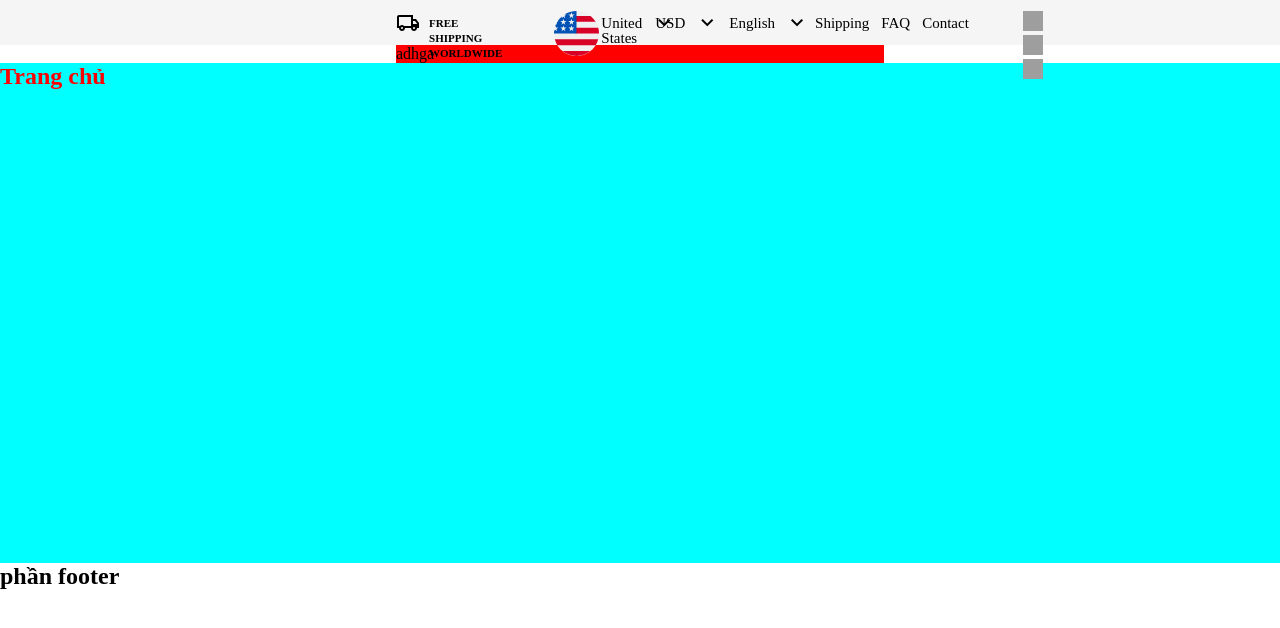
Repository: tatvanhco/shopper
Page: /
These files come from the project's save history. The page is drawn as it stood at one moment and after a run of saves; the edit follows.
The browser window is 1280 px wide. The pictures show the whole page.
Pictures or frames that could not be fetched are drawn as grey boxes. The project was rebuilt for these pictures with package versions that can differ from the ones it lists, and the page was loaded fresh each time.

Above is the page before, as saved 2022-09-24 13:44:38.

### src/index.tsx
import React from 'react';
import { createRoot } from 'react-dom/client';
import { Provider } from 'react-redux';
import { store } from './app/store';
import App from './App';
import reportWebVitals from './reportWebVitals';
import './index.scss';

const container = document.getElementById('root')!;
const root = createRoot(container);

root.render(
    <React.StrictMode>
        <Provider store={store}>
            <App />
        </Provider>
    </React.StrictMode>,
);

// If you want to start measuring performance in your app, pass a function
// to log results (for example: reportWebVitals(console.log))
// or send to an analytics endpoint. Learn more: https://bit.ly/CRA-vitals
reportWebVitals();

### src/app/store.ts
import { configureStore, ThunkAction, Action, getDefaultMiddleware } from '@reduxjs/toolkit';
import createSagaMiddleware from '@redux-saga/core';
import rootSaga from './rootSaga';

const sagaMiddleware = createSagaMiddleware();
export const store = configureStore({
    reducer: {

    },
    middleware: (getDefaultMiddleware) => {
        return getDefaultMiddleware().concat(sagaMiddleware);
    },
});

sagaMiddleware.run(rootSaga);

export type AppDispatch = typeof store.dispatch;
export type RootState = ReturnType<typeof store.getState>;
export type AppThunk<ReturnType = void> = ThunkAction<ReturnType, RootState, unknown, Action<string>>;

### src/App.tsx
import React from 'react';
import './App.scss';
import Header from 'components/header/header';
import Footer from 'components/footer/footer';
import Home from 'pages/home/home';

function App() {
    return (
        <div className="App">
            <Header />
            <Home />
            <Footer />
        </div>
    );
}

export default App;

### src/index.scss
/* @import 'normalize.css'; */
@import url('https://fonts.googleapis.com/css2?family=Roboto:wght@300;400;500;700&display=swap');
@import url('https://fonts.googleapis.com/css2?family=Material+Symbols+Outlined:opsz,wght,FILL,GRAD@20..48,100..700,0..1,-50..200');

body {
    margin: 0;
    padding: 0;
    /* font-family: -apple-system, BlinkMacSystemFont, 'Segoe UI', 'Roboto', 'Oxygen', 'Ubuntu', 'Cantarell', 'Fira Sans',
        'Droid Sans', 'Helvetica Neue', sans-serif; */
    -webkit-font-smoothing: antialiased;
    -moz-osx-font-smoothing: grayscale;
}

html {
    margin: 0;
    padding: 0;
}

code {
    font-family: source-code-pro, Menlo, Monaco, Consolas, 'Courier New', monospace;
}

p {
    margin: 0 !important;
    line-height: initial;
}

h1,
h2 {
    margin: 0;
}

### src/app/rootSaga.ts
function* rootSaga() {
    console.log('hahahha');
}

export default rootSaga;

### src/App.scss
.container {
    padding: 0px 16px;
    margin: 0 380px;
}

.d-flex {
    display: flex;
}

.ul {
    list-style: none;
    padding-left: 0;
}

.title {
    font-size: 15px;
    line-height: 15px;
    padding: 0 10px 0 2px;
}

.img-icon {
    width: 20px;
    height: 20px;
    color: #a6a6a6
}

.p-4p {
    padding: 0 4px;
}

### src/components/header/header.tsx
import clsx from 'clsx';
import { url } from 'inspector';
import { Fragment } from 'react';
import styles from './header.module.scss';

function header() {
    return (
        <Fragment>
            <div className="header">
                <div className={styles.headerTop}>
                    <div className="container">
                        <div className={clsx(styles.headerContact, 'd-flex')}>
                            <div className="headerContactRight">
                                <ul className={clsx('headerContactRightItems', 'ul', 'd-flex')}>
                                    <li className={clsx('headerContactRightItem', 'd-flex')}>
                                        <span className={clsx('material-symbols-outlined', styles.icon)}>
                                            local_shipping
                                        </span>
                                        <p className={clsx(styles.titleShip)}>FREE SHIPPING WORLDWIDE</p>
                                    </li>
                                    <li className={clsx('headerContactRightItem', 'd-flex', 'p-4p')}>
                                        <div className={clsx(styles.nation, 'd-flex')}>
                                            <img
                                                className={styles.icon}
                                                src="data:[embedded picture, 137 characters]
                                                        nLzIwMDAvc3ZnIj4KPHBhdGggZD0iTTcgMTRDMTAuODY2IDE0IDE0IDEwLjg2NiAxNCA3QzE0IDMuMTM0MDEgMTAuODY2IDAgNyAwQzMuMTM0MDEgMCAwIDMuMTM0MDEgMCA3QzAgMTAuO
                                                        DY2IDMuMTM0MDEgMTQgNyAxNFoiIGZpbGw9IiNGMEYwRjAiLz4KPHBhdGggZD0iTTYuNjk1OCA2Ljk5OTk4SDE0LjAwMDFDMTQuMDAwMSA2LjM2ODE4IDEzLjkxNTkgNS43NTYxMiAxMy4
                                                        3NTkgNS4xNzM4OUg2LjY5NThWNi45OTk5OFoiIGZpbGw9IiNEODAwMjciLz4KPHBhdGggZD0iTTYuNjk1OCAzLjM0NzgzSDEyLjk3MjdDMTIuNTQ0MiAyLjY0ODU5IDExLjk5NjMgMi4wM
                                                        zA1NCAxMS4zNTc1IDEuNTIxNzNINi42OTU4VjMuMzQ3ODNaIiBmaWxsPSIjRDgwMDI3Ii8+CjxwYXRoIGQ9Ik02Ljk5OTk3IDE0QzguNjQ3NCAxNCAxMC4xNjE2IDEzLjQzMDYgMTEuMzU
                                                        3NCAxMi40NzgzSDIuNjQyNThDMy44MzgzMiAxMy40MzA2IDUuMzUyNTMgMTQgNi45OTk5NyAxNFoiIGZpbGw9IiNEODAwMjciLz4KPHBhdGggZD0iTTEuMDI3NDggMTAuNjUyMkgxMi45N
                                                        zI3QzEzLjMxNjcgMTAuMDkwOCAxMy41ODM1IDkuNDc3MjMgMTMuNzU4OSA4LjgyNjA3SDAuMjQxMjExQzAuNDE2Njc2IDkuNDc3MjMgMC42ODM0NjkgMTAuMDkwOCAxLjAyNzQ4IDEwLjY
                                                        1MjJaIiBmaWxsPSIjRDgwMDI3Ii8+CjxwYXRoIGQ9Ik0zLjI0MjUzIDEuMDkzMTVIMy44ODA0M0wzLjI4NzA3IDEuNTI0MjJMMy41MTM3MyAyLjIyMTczTDIuOTIwMzkgMS43OTA2NkwyL
                                                        jMyNzA2IDIuMjIxNzNMMi41MjI4NCAxLjYxOTE2QzIuMDAwNDEgMi4wNTQzNCAxLjU0MjUyIDIuNTY0MTkgMS4xNjUxNyAzLjEzMjI4SDEuMzY5NTdMMC45OTE4NjcgMy40MDY2OEMwLjk
                                                        zMzAyMyAzLjUwNDg0IDAuODc2NTg2IDMuNjA0NTYgMC44MjI1IDMuNzA1NzZMMS4wMDI4NiA0LjI2MDg3TDAuNjY2MzY3IDQuMDE2MzlDMC41ODI3MjMgNC4xOTM2IDAuNTA2MjE1IDQuM
                                                        zc0ODEgMC40Mzc0NDUgNC41NTk3OUwwLjYzNjE1MiA1LjE3MTQxSDEuMzY5NTdMMC43NzYyMDcgNS42MDI0OUwxLjAwMjg2IDYuM0wwLjQwOTUyNyA1Ljg2ODkzTDAuMDU0MTEzMyA2LjE
                                                        yNzE2QzAuMDE4NTM5MSA2LjQxMzEyIDAgNi43MDQzOSAwIDdIN0M3IDMuMTM0MDMgNyAyLjY3ODI3IDcgMEM1LjYxNzE3IDAgNC4zMjgxMSAwLjQwMTEzMyAzLjI0MjUzIDEuMDkzMTVaT
                                                        TMuNTEzNzMgNi4zTDIuOTIwMzkgNS44Njg5M0wyLjMyNzA2IDYuM0wyLjU1MzcxIDUuNjAyNDlMMS45NjAzNiA1LjE3MTQxSDIuNjkzNzdMMi45MjAzOSA0LjQ3MzlMMy4xNDcwMiA1LjE
                                                        3MTQxSDMuODgwNDNMMy4yODcwNyA1LjYwMjQ5TDMuNTEzNzMgNi4zWk0zLjI4NzA3IDMuNTYzMzZMMy41MTM3MyA0LjI2MDg3TDIuOTIwMzkgMy44Mjk3OUwyLjMyNzA2IDQuMjYwODdMM
                                                        i41NTM3MSAzLjU2MzM2TDEuOTYwMzYgMy4xMzIyOEgyLjY5Mzc3TDIuOTIwMzkgMi40MzQ3N0wzLjE0NzAyIDMuMTMyMjhIMy44ODA0M0wzLjI4NzA3IDMuNTYzMzZaTTYuMDI0NTkgNi4
                                                        zTDUuNDMxMjYgNS44Njg5M0w0LjgzNzkzIDYuM0w1LjA2NDU4IDUuNjAyNDlMNC40NzEyMiA1LjE3MTQxSDUuMjA0NjRMNS40MzEyNiA0LjQ3MzlMNS42NTc4OSA1LjE3MTQxSDYuMzkxM
                                                        0w1Ljc5Nzk0IDUuNjAyNDlMNi4wMjQ1OSA2LjNaTTUuNzk3OTQgMy41NjMzNkw2LjAyNDU5IDQuMjYwODdMNS40MzEyNiAzLjgyOTc5TDQuODM3OTMgNC4yNjA4N0w1LjA2NDU4IDMuNTY
                                                        zMzZMNC40NzEyMiAzLjEzMjI4SDUuMjA0NjRMNS40MzEyNiAyLjQzNDc3TDUuNjU3ODkgMy4xMzIyOEg2LjM5MTNMNS43OTc5NCAzLjU2MzM2Wk01Ljc5Nzk0IDEuNTI0MjJMNi4wMjQ1O
                                                        SAyLjIyMTczTDUuNDMxMjYgMS43OTA2Nkw0LjgzNzkzIDIuMjIxNzNMNS4wNjQ1OCAxLjUyNDIyTDQuNDcxMjIgMS4wOTMxNUg1LjIwNDY0TDUuNDMxMjYgMC4zOTU2MzdMNS42NTc4OSA
                                                        xLjA5MzE1SDYuMzkxM0w1Ljc5Nzk0IDEuNTI0MjJaIiBmaWxsPSIjMDA1MkI0Ii8+Cjwvc3ZnPgo="
                                                alt=""
                                            />
                                            <p className={clsx('title')}>United States</p>
                                            <span className={clsx('material-symbols-outlined', styles.icon)}>
                                                expand_more
                                            </span>
                                        </div>
                                    </li>
                                    <li className={clsx('headerContactRightItem', 'd-flex', 'p-4p')}>
                                        <div className={clsx(styles.nation, 'd-flex')}>
                                            <p className={clsx('title')}>USD</p>
                                            <span className={clsx('material-symbols-outlined', styles.icon)}>
                                                expand_more
                                            </span>
                                        </div>
                                    </li>
                                    <li className={clsx('headerContactRightItem', 'd-flex', 'p-4p')}>
                                        <div className={clsx(styles.nation, 'd-flex')}>
                                            <p className={clsx('title')}>English</p>
                                            <span className={clsx('material-symbols-outlined', styles.icon)}>
                                                expand_more
                                            </span>
                                        </div>
                                    </li>
                                </ul>
                            </div>
                            <div className="headerContactLeft">
                                <ul className={clsx(styles.headerContactLeftItems, 'd-flex', 'ul')}>
                                    <div className={clsx(styles.headerContactR, 'd-flex')}>
                                        <li className={clsx('headerContactLeftItem')}>
                                            <p className={clsx('title')}>Shipping</p>
                                        </li>
                                        <li className={clsx('headerContactLeftItem')}>
                                            <p className={clsx('title')}>FAQ</p>
                                        </li>
                                        <li className={clsx('headerContactLeftItem')}>
                                            <p className={clsx('title')}>Contact</p>
                                        </li>
                                    </div>
                                    <li className={clsx('headerContactLeftItem')}>
                                        <img
                                            className={clsx('img-icon', styles.icon, 'p-4p')}
                                            src="https://cdn-icons-png.flaticon.com/512/1384/1384005.png"
                                            alt="Facebook"
                                        />
                                        <i className={clsx(styles.colorIcon)}>
                                            <img
                                                className={clsx('img-icon', styles.icon, 'p-4p')}
                                                src="https://cdn-icons-png.flaticon.com/512/3661/3661391.png"
                                                alt="Instagram"
                                            />
                                        </i>
                                        <img
                                            className={clsx('img-icon', styles.icon, 'p-4p')}
                                            src="https://cdn-icons-png.flaticon.com/512/1384/1384028.png"
                                            alt="Youtube"
                                        />
                                    </li>
                                </ul>
                            </div>
                        </div>
                    </div>
                </div>
                <div className="headerBottom">
                    <div className="container">
                        <div className={clsx(styles.headerFrom)}>adhga</div>
                    </div>
                </div>
            </div>
        </Fragment>
    );
}

export default header;

### src/components/footer/footer.tsx
function footer() {
    return <h2>phần footer</h2>;
}

export default footer;

### src/pages/home/home.tsx
import clsx from 'clsx';
import styles from './home.module.scss';

function Home() {
    return (
        <>
            <h2 className={clsx(styles.heading)}>Trang chủ</h2>
        </>
    );
}

export default Home;

### src/components/header/header.module.scss
.headerTop {
    background-color: #f5f5f5;
}

.headerContact {
    height: 45px;
    justify-content: space-between;
    vertical-align: middle;
}

.headerFrom {
    background-color: red;
}

.titleShip {
    font-size: 11px;
    line-height: 15px;
    padding: 0px 48px 0 9px;
    font-weight: 600;
}

.icon {
    transform: translateY(-5px);
}

.headerContactLeftItems {
    justify-content: space-between;
}

.headerContactR {
    padding-right: 40px;
}

### src/pages/home/home.module.scss
.heading {
    height: 500px;
    background-color: aqua;
    color: red;
}

.active {
    background-color: yellow;
}

Loaded but not shown: public/index.html (common file); src/reportWebVitals.ts (common file)

After the next 3 saves:
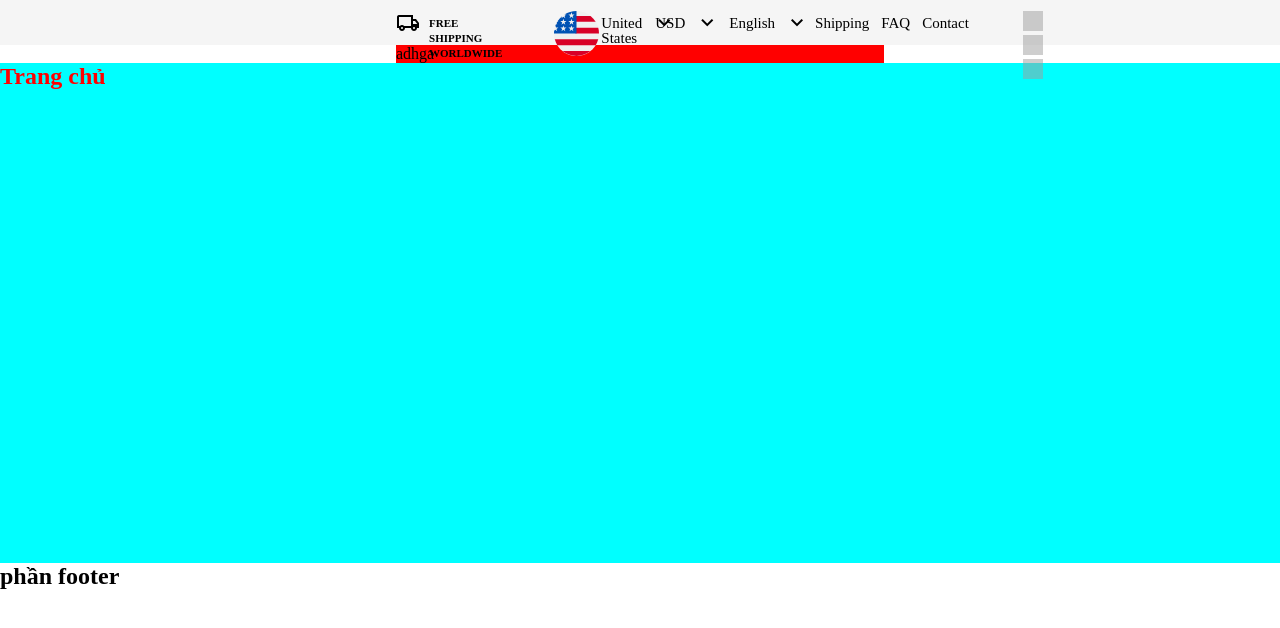
The 3 saves are shown as one change because they came seconds apart.
The last was saved 7 s later.
--- a/src/App.scss
+++ b/src/App.scss
@@ -21,7 +21,7 @@
 .img-icon {
     width: 20px;
     height: 20px;
-    color: #a6a6a6
+    opacity: 0.5;
 }
 
 .p-4p {
